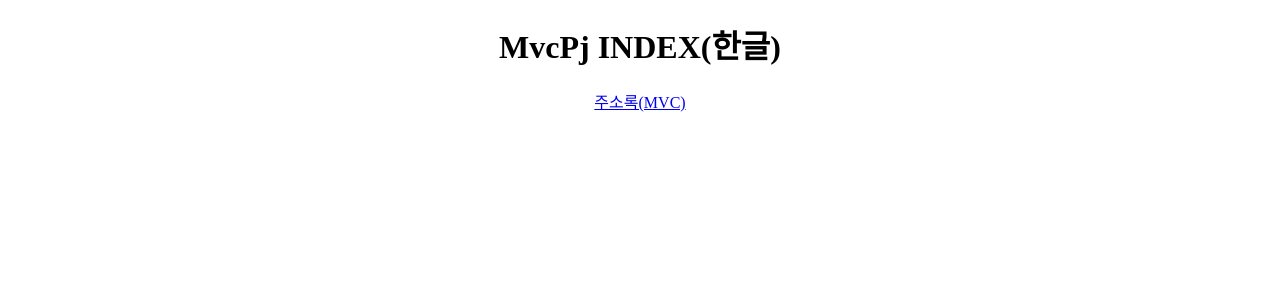
Repository: betweenhj702/Web-App-Server-Practices
Page: http://localhost/MvcPj/
The author's editor kept a copy of each file at every save. The page is drawn from the files as they stood at one save, then again after the next save.
The browser window is 1280 px wide. The pictures show the whole page.
The page is served by Tomcat 9. Nobody is signed in. The application's start-up code is not run.

Above is the page before, as saved 2021-01-01 06:03:46.

After the next save:
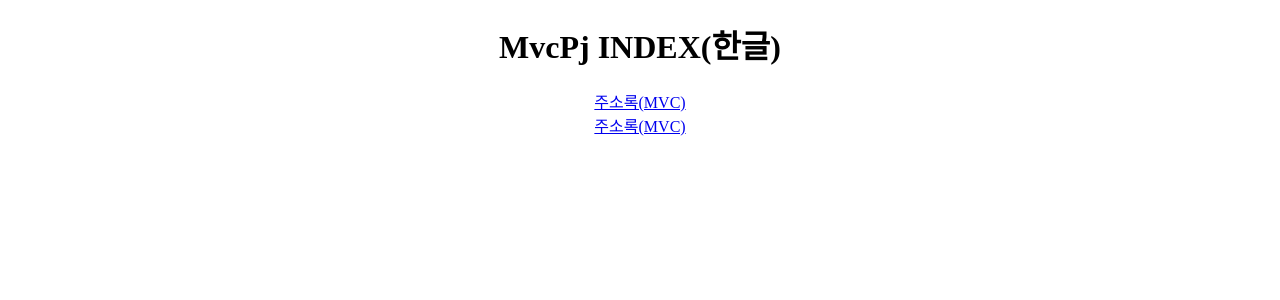
Saved 90 s later.
--- a/workspace/MvcPj/WebContent/index.jsp
+++ b/workspace/MvcPj/WebContent/index.jsp
@@ -11,7 +11,7 @@
 		<h1>MvcPj INDEX(한글)</h1>
 		<p>
 			<a href="addr/addr.do">주소록(MVC)</a><br/>
-
+		 	<a href="sm/sm.do">주소록(MVC)</a><br/>
 		</p>
 		</div>
 </body>
